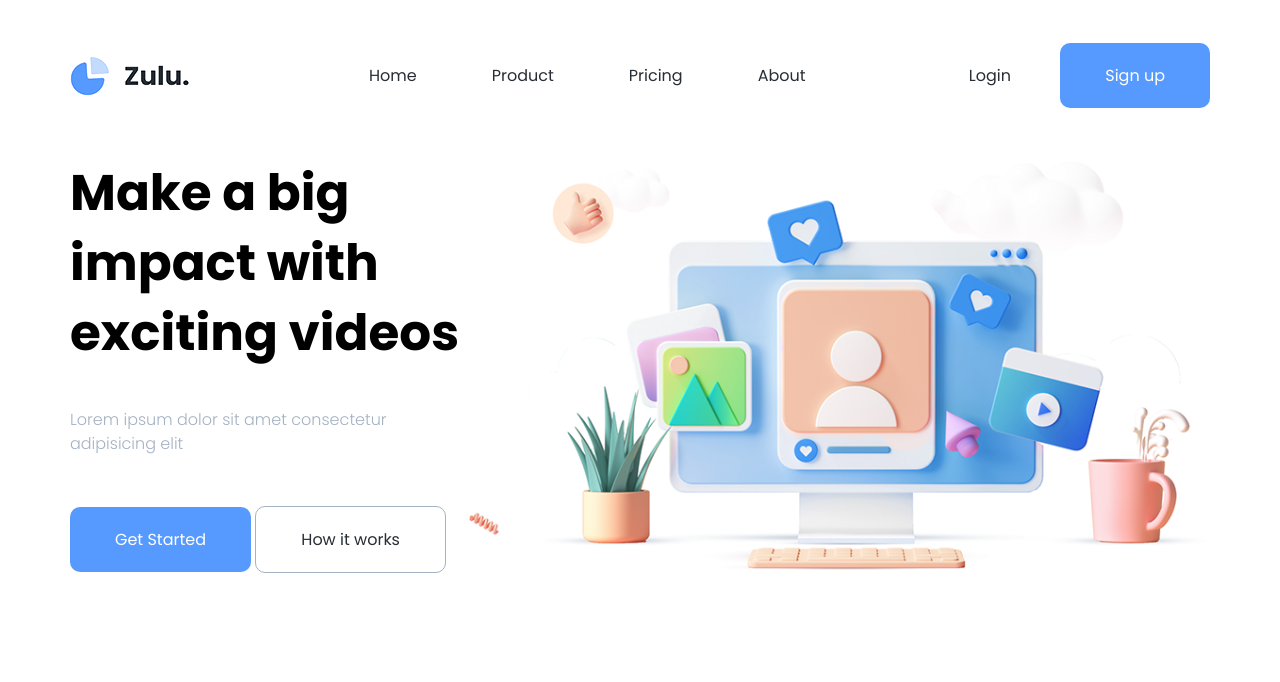
Repository: baodien1405/zulu-landing-page
Page: index.html
An editor plug-in stored every save of this project. The page is shown before and after the next save, followed by the edit.
The browser window is 1280 px wide. The pictures show the whole page.
The style sheet was rebuilt from its Sass, Less or Tailwind sources for each picture, by a compiler version that may differ from the author's.

Above is the page before, as saved 2021-06-22 15:53:20.

After the next save:
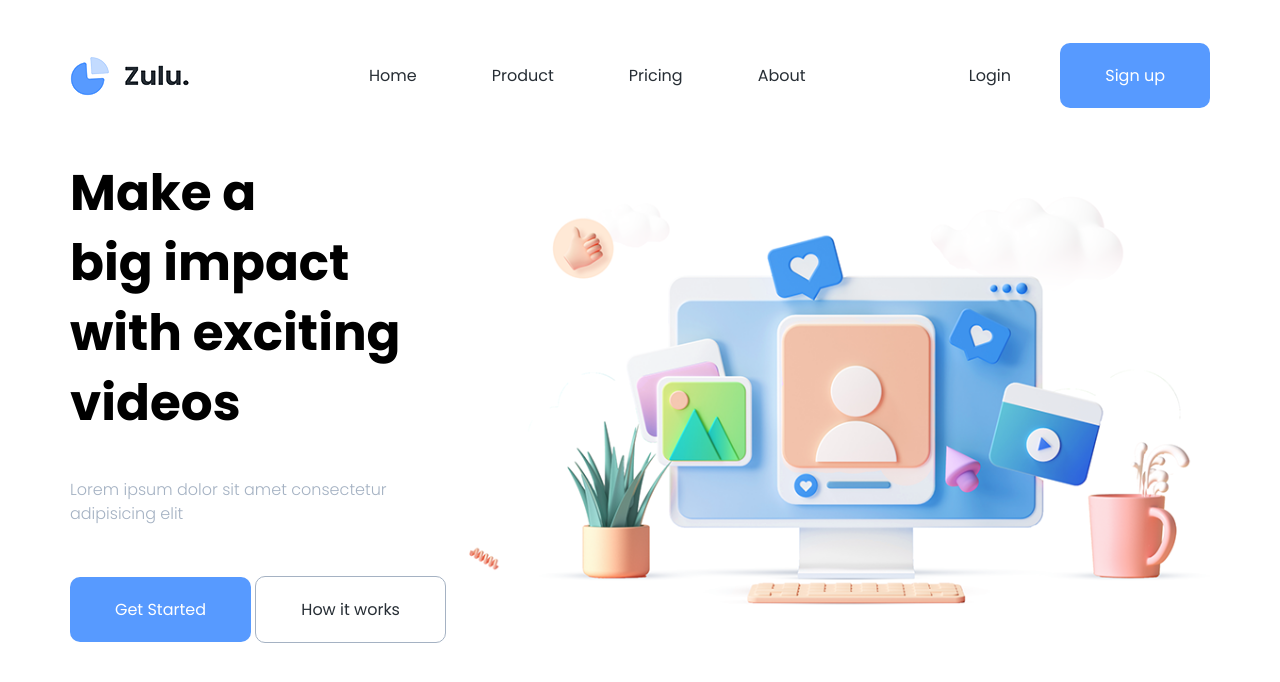
Saved 29 s later.
--- a/_banner.scss
+++ b/_banner.scss
@@ -15,6 +15,10 @@
     font-size: 50px;
     line-height: 1.4;
     margin-bottom: 40px;
+
+    & span {
+      display: block;
+    }
   }
 
   &-desc {
